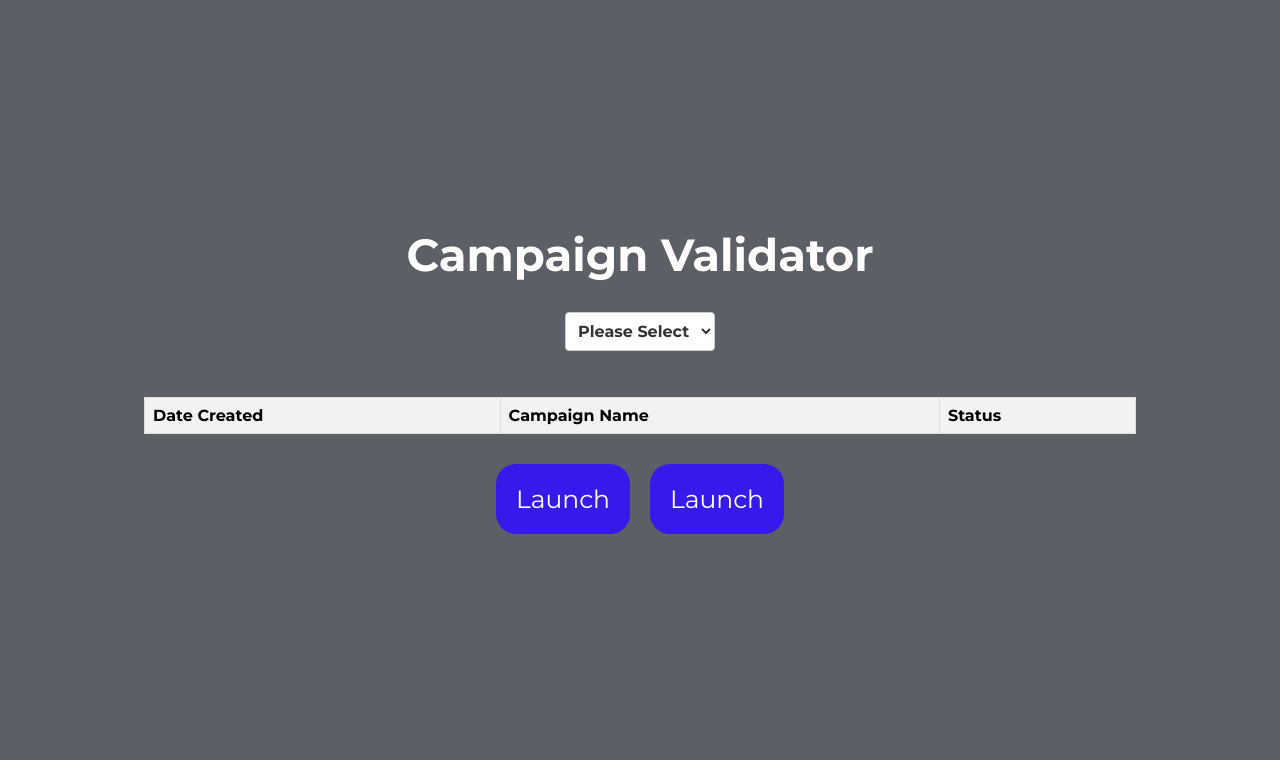
Repository: AbApin/project
Page: / (app in frontend/)
An editor plug-in stored every save of this project. The page is shown before and after the next save, followed by the edit.
The browser window is 1280 px wide. The pictures show the whole page.
The page's requests for data from a server got no answer. The project was rebuilt for these pictures with package versions that can differ from the ones it lists, and the page was loaded fresh each time. No one was signed in, and anything a server would have sent is missing. Also part of the build but not shown: frontend/vue.config.js.

Above is the page before, as saved 2023-02-22 11:56:18.

After the next save:
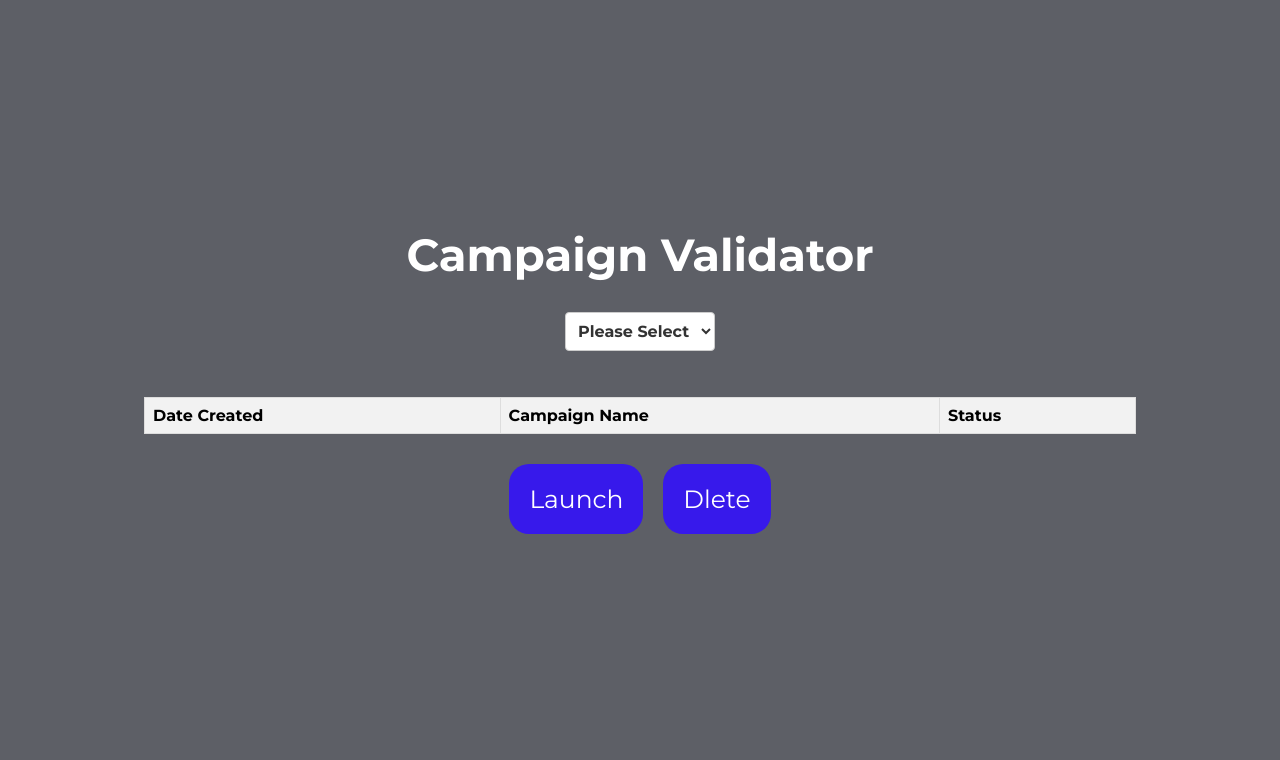
Saved 4 s later.
--- a/frontend/src/App.vue
+++ b/frontend/src/App.vue
@@ -22,7 +22,7 @@
     </table>
     <div class="btnsContainer">
       <button class="launchBtn" @click="createTest">launch</button>
-      <button class="deleteBtn" @click="createTest">launch</button>
+      <button class="deleteBtn" @click="createTest">dlete</button>
     </div>
   </div>
 </template>
